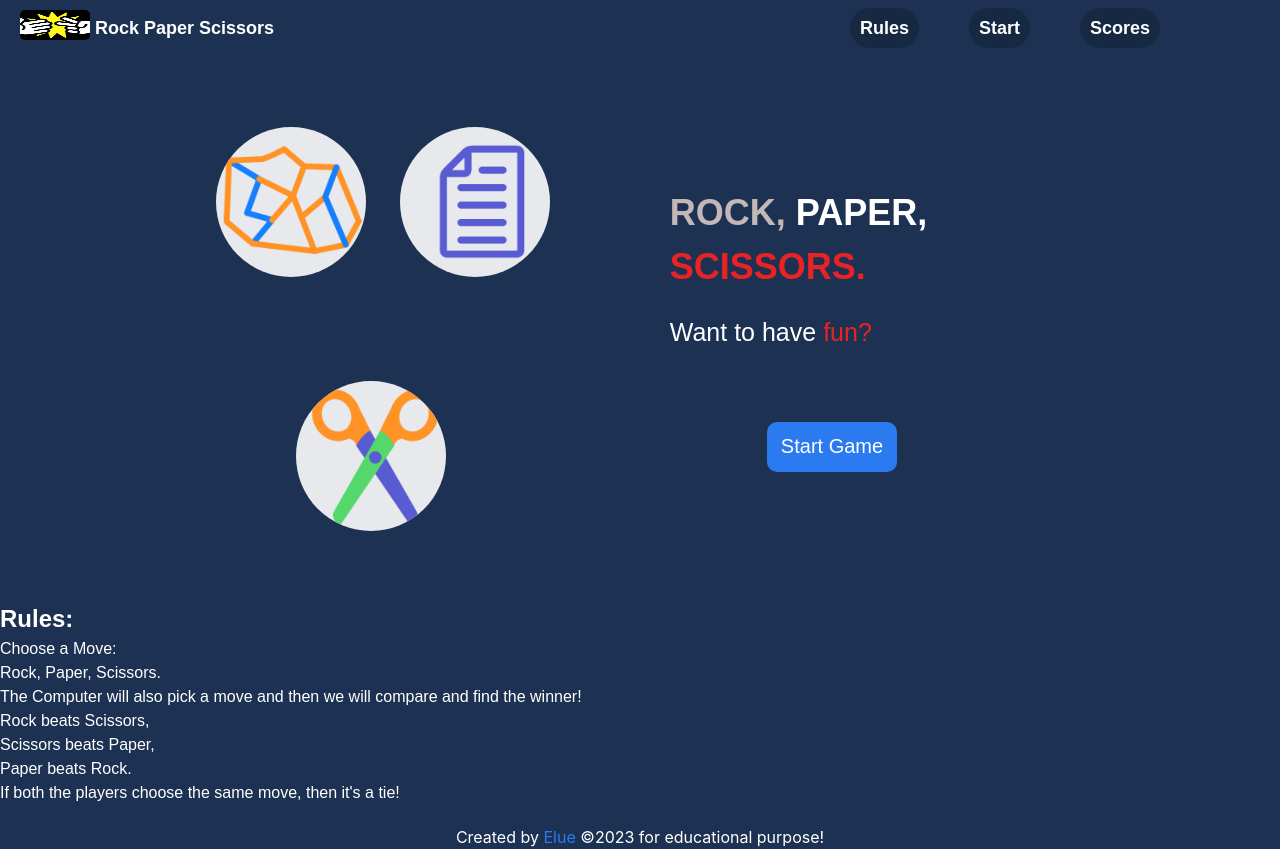
Repository: MikkyPrestige/rock-paper-scissors
Page: index.html
These files come from the project's save history. The page is drawn as it stood at one moment and after the next save; the edit follows.
The browser window is 1280 px wide. The pictures show the whole page.

Above is the page before, as saved 2023-05-08 05:36:00.

### index.html
<!DOCTYPE html>
<html lang="en">

<head>
  <meta charset="UTF-8">
  <meta http-equiv="X-UA-Compatible" content="IE=edge">
  <meta name="viewport" content="width=device-width, initial-scale=1.0">
  <title>Rock, Paper or Scissors Game</title>
  <link rel="stylesheet" href="./index.css">
  <!-- <script src="./index.js" defer></script> -->
</head>

<body>
  <main>
    <header>
      <figure>
        <a href="/">
          <img src="./img/logo.png" alt="Logo" class="logo">
        </a>
        <figcaption>Rock Paper Scissors</figcaption>
      </figure>
      <nav>
        <ul>
          <li><a href="#">Rules</a></li>
          <li><a href="#">Start</a></li>
          <li><a href="#">Scores</a></li>
        </ul>
      </nav>
    </header>
    <section class="home">
      <div class="images">
        <img src="./img/Rock.gif" alt="Rock image" class="img rock">
        <img src="./img/Paper.gif" alt="Paper image" class="img paper">
        <img src="./img/Scissors.gif" alt="Scissors image" class="img scissors">
      </div>
      <div class="content">
        <h1 class="content--title"><span class="content-rock">Rock,</span> Paper, <span
            class="content-scissors">Scissors.</span></h1>
        <p class="content--text">Want to have <span class="fun">fun?</span></p>
        <button type="submit" class="btn">Start Game</button>
      </div>
    </section>

    <section class="rules">
      <div class="rule--content">
        <h2 class="rule--title">Rules:</h2>
        <p class="rule--para">Choose a Move: <br>Rock, Paper, Scissors.</p>
        <p class="rule--para">The Computer will also pick a move and then we will compare and find the winner!</p>
        <p class="rule--para">Rock beats Scissors, <br> Scissors beats Paper, <br> Paper beats Rock.</p>
        <p class="rule--para">If both the players choose the same move, then it's a tie!</p>
        <!-- <button type="submit" class="btn">New Game</button> -->
      </div>
    </section>

    <footer>
      <p class="footer--text">Created by <a href="#" target="_blank" class="footer--link">Elue</a> &copy;2023 for
        educational purpose!</p>
    </footer>
  </main>
</body>

</html>

### index.css
*,
*::after,
*::before {
  box-sizing: border-box;
  margin: 0;
  padding: 0;
}

html {
  font-size: 62.5%;
}

body {
  font-family: "Fira Sans", sans-serif;
  font-size: 1.6rem;
  line-height: 1.5;
  background: rgba(29, 50, 83, 1);
  color: rgba(255, 255, 255, 1);
  width: 100%;
  height: 100%;
}

main {
  display: flex;
  flex-direction: column;
  justify-content: center;
  gap: 2rem;
  height: 100%;
  width: 100%;
}

header {
  display: flex;
  justify-content: space-between;
  align-items: center;
  padding: 1rem 2rem;
  width: 100%;
  height: auto;
}

figure {
  display: flex;
  align-items: center;
  gap: .5rem;
  height: auto;
}

.logo {
  width: 7rem;
  height: 3rem;
  border-radius: .5rem;
  -webkit-border-radius: .5rem;
  -moz-border-radius: .5rem;
  -ms-border-radius: .5rem;
  -o-border-radius: .5rem;
}

figcaption {
  font-size: 1.8rem;
  font-weight: 600;
  color: rgba(255, 255, 255, 1);
}

nav {
  height: auto;
  margin-right: 10rem;
}

ul {
  display: flex;
  justify-content: center;
  align-items: center;
  gap: 5rem;
  list-style: none;
}

li a {
  font-size: 1.8rem;
  font-weight: 600;
  color: rgba(255, 255, 255, 1);
  background: linear-gradient(0deg, rgba(0, 0, 0, 0.2), rgba(0, 0, 0, 0.2)), #1D3253;
  text-decoration: none;
  padding: 1rem;
  border-radius: 2rem;
}

li a:hover {
  background: rgba(255, 255, 255, 1);
  color: rgba(29, 50, 83, 1);
  text-decoration: underline;
}

.home {
  display: flex;
  justify-content: center;
  align-items: center;
  width: 100%;
  height: 70vh;
}

.images {
  position: relative;
  height: 100%;
  flex-basis: 30%;
}

.img {
  background: rgba(253, 253, 253, 0.9);
  border-radius: 50%;
  -webkit-border-radius: 50%;
  -moz-border-radius: 50%;
  -ms-border-radius: 50%;
  -o-border-radius: 50%;
  width: 15rem;
  height: 15rem;
}

.rock {
  position: absolute;
  top: 5rem;
  left: 0rem;
}

.paper {
  position: absolute;
  top: 5rem;
  right: 5rem;
}

.scissors {
  position: absolute;
  bottom: 5rem;
  left: 8rem;
}

.content {
  display: flex;
  flex-direction: column;
  justify-content: center;
  align-items: center;
  gap: 2rem;
}

.content--title {
  font-size: 3.6rem;
  font-weight: 600;
  width: 70%;
  text-transform: uppercase;
}

.content-rock {
  color: rgba(195, 183, 183, 1);
}

.content-scissors {
  color:rgba(233, 35, 35, 1);
}

.content--text {
  font-size: 2.5rem;
  font-weight: 400;
  width: 70%;
}

.fun {
  color:rgba(233, 35, 35, 1);
}

.btn {
  width: 13rem;
  height: 5rem;
  font-size: 2rem;
  color: rgba(255, 255, 255, 1);
  background: #2C7AF0;
  border-radius: 1rem;
  -webkit-border-radius: 1rem;
  -moz-border-radius: 1rem;
  -ms-border-radius: 1rem;
  -o-border-radius: 1rem;
  border: none;
  cursor: pointer;
  margin-top: 5rem;
  transition: all .3s ease-in-out;
  -webkit-transition: all .3s ease-in-out;
  -moz-transition: all .3s ease-in-out;
  -ms-transition: all .3s ease-in-out;
  -o-transition: all .3s ease-in-out;
}

.btn:hover {
  background: rgba(255, 255, 255, .7);
  color: rgba(44, 122, 240, 1);
}

footer {
  margin: 0 auto;
}

.footer--text {
  font-family: "Inter";
}

.footer--link {
  color: rgba(44, 122, 240, 1);
  text-decoration: none;
}

After the next save:
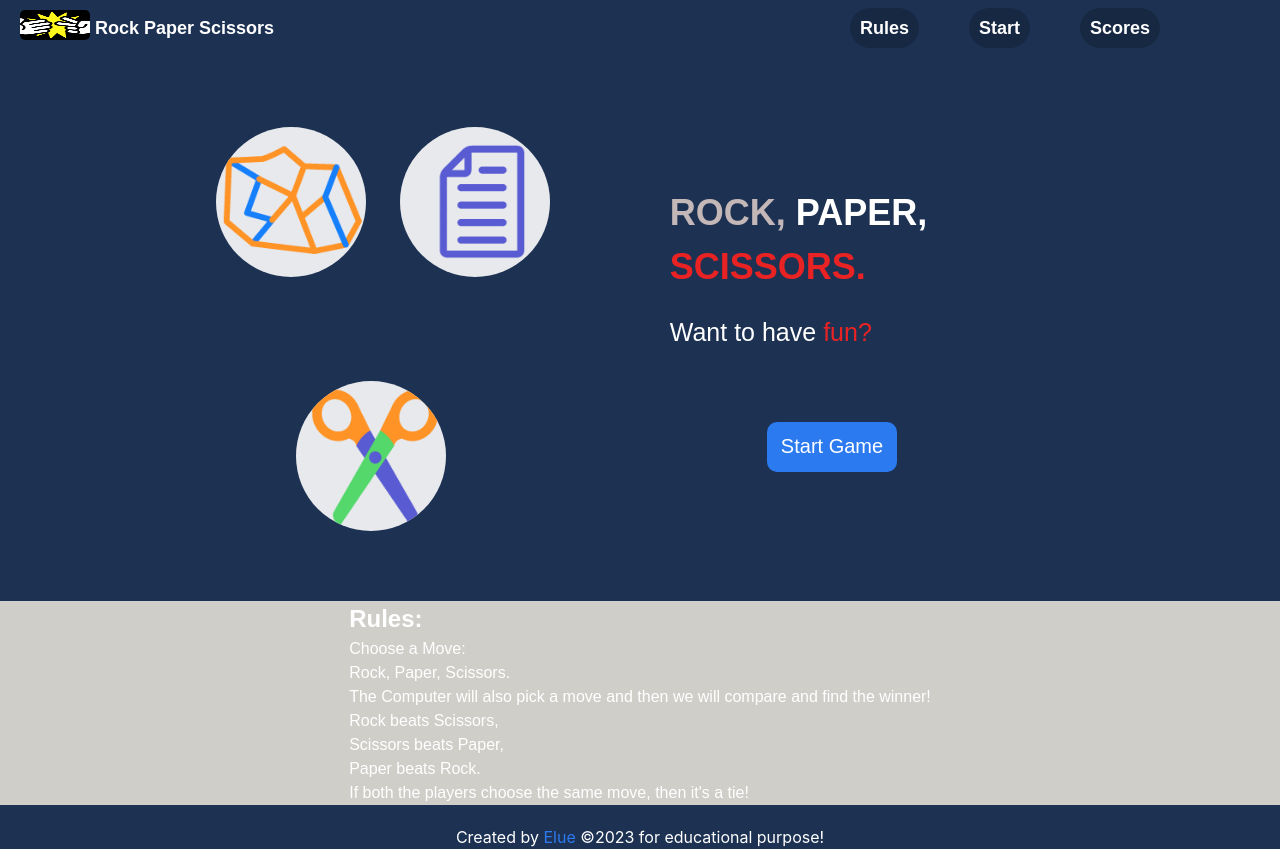
Saved 38 s later.
--- a/index.css
+++ b/index.css
@@ -192,6 +192,16 @@ li a:hover {
   color: rgba(44, 122, 240, 1);
 }
 
+.rules {
+  display: flex;
+  flex-direction: column;
+  justify-content: center;
+  align-items: center;
+  gap: 2rem;
+  width: 100%;
+  height: 100%;
+  background: #D0CEC9;
+}
 footer {
   margin: 0 auto;
 }

After the save that followed:
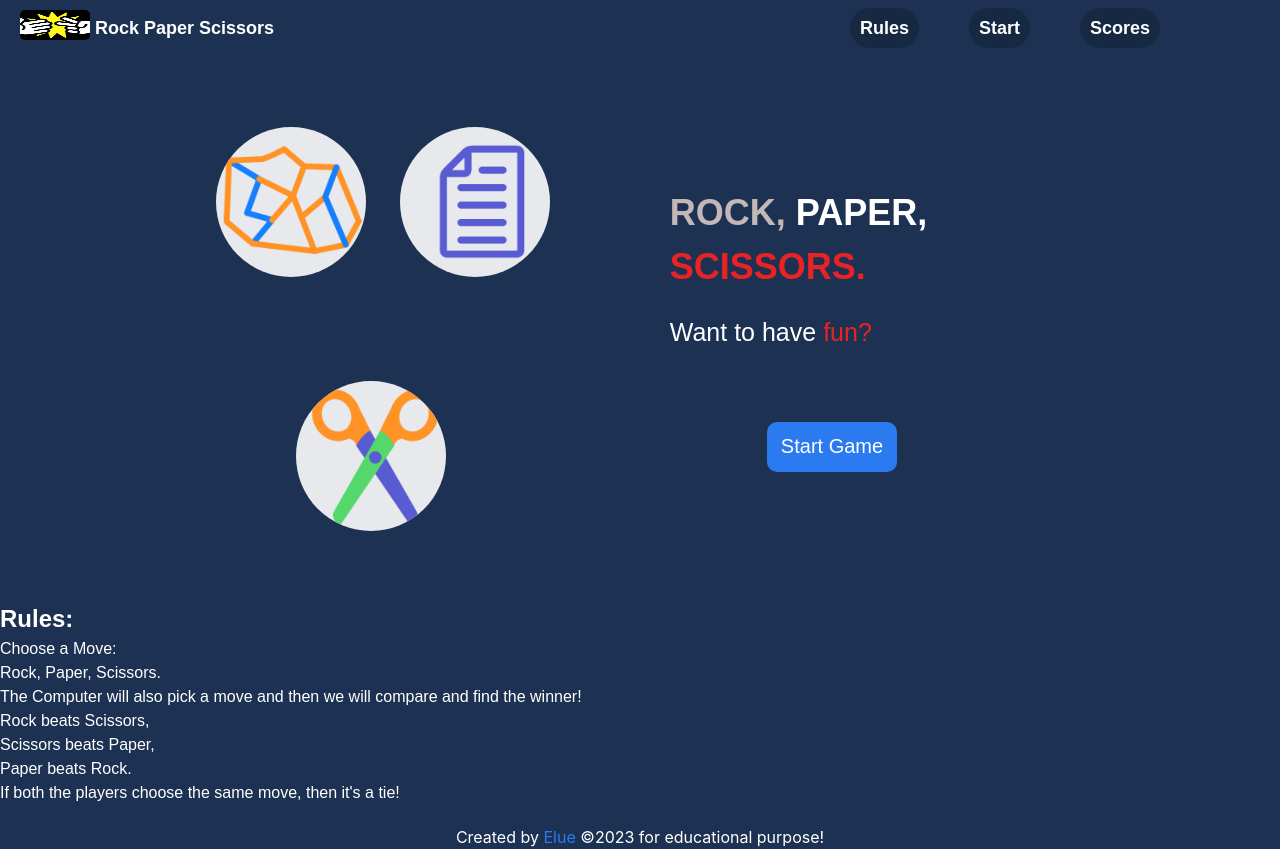
Saved 59 s later.
--- a/index.html
+++ b/index.html
@@ -41,7 +41,7 @@
       </div>
     </section>
 
-    <section class="rules">
+    <section class="rule">
       <div class="rule--content">
         <h2 class="rule--title">Rules:</h2>
         <p class="rule--para">Choose a Move: <br>Rock, Paper, Scissors.</p>
